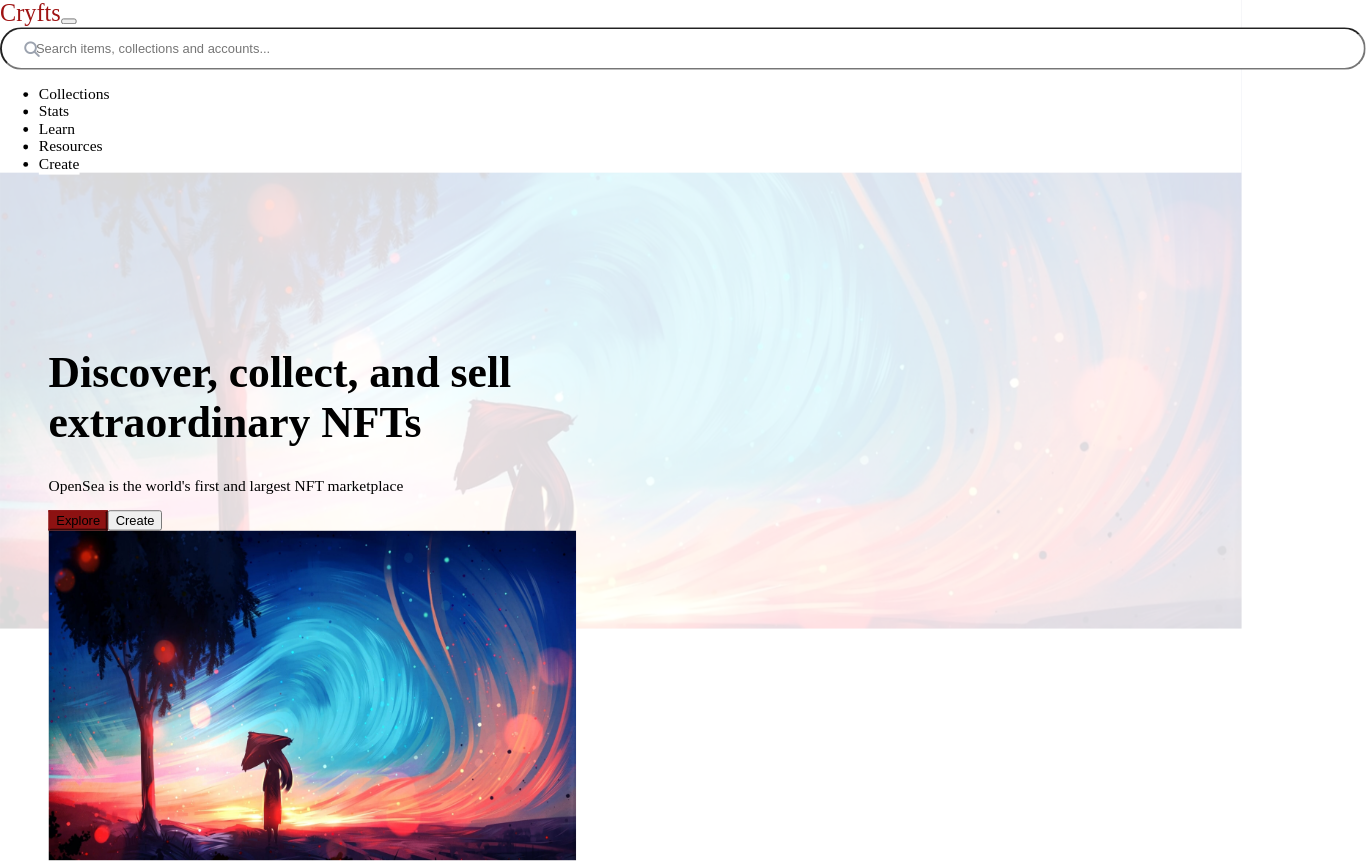
Repository: Huzaifa-2609/opensea_project
Page: /
These files come from the project's save history. The page is drawn as it stood at one moment and after the next save; the edit follows.
The browser window is 1280 px wide. The page is 1408 px wide, so the pictures cover 1408 px, including what lies to the right of the window. The pictures show the whole page, at 97% of full size.
Some web libraries are served in a nearby version. The project was rebuilt for these pictures with package versions that can differ from the ones it lists, and the page was loaded fresh each time. The framework's server and built-in components were replaced by stand-ins that run in the browser. Also part of the build but not shown: next.config.js, styles/Home.module.css.

Above is the page before, as saved 2022-07-09 19:25:05.

### pages/_app.js
import Navbar from '../components/Navbar'
import '../styles/globals.css'
import Head from "next/head"
import Script from 'next/script'
import "../styles/hero.css"
function MyApp({ Component, pageProps }) {
  return(
    <>
    <Script src="https://kit.fontawesome.com/30bda3e318.js" crossorigin="anonymous"></Script>
    <Script src="https://cdn.jsdelivr.net/npm/bootstrap@5.2.0-beta1/dist/js/bootstrap.bundle.min.js" integrity="sha384-pprn3073KE6tl6bjs2QrFaJGz5/SUsLqktiwsUTF55Jfv3qYSDhgCecCxMW52nD2" crossOrigin="anonymous"></Script>
    <Navbar title={"Cryfts"}/>
  <Component {...pageProps} />
  </>
  )
}

export default MyApp

### pages/_document.js
import { Html, Head, Main, NextScript } from 'next/document'

export default function Document() {
  return (
    <Html>
      <Head>
      <link href="https://cdn.jsdelivr.net/npm/bootstrap@5.2.0-beta1/dist/css/bootstrap.min.css" rel="stylesheet" integrity="sha384-0evHe/X+R7YkIZDRvuzKMRqM+OrBnVFBL6DOitfPri4tjfHxaWutUpFmBp4vmVor" crossOrigin="anonymous"/>
      </Head>
      <body>
        <Main />
        <NextScript />
      </body>
    </Html>
  )
}

### pages/index.js
import Head from 'next/head'
import Image from 'next/image'
import Hero from '../components/Hero'
import styles from '../styles/Home.module.css'

export default function Home() {
  return (
    <>
    <div>
      <Head>
        <title>Create Next App</title>
        <meta name="description" content="Generated by create next app" />
        <link rel="icon" href="/favicon.ico" />
      </Head>
         </div>
      <Hero/>
      </>
  )
}

### components/Navbar.js
import React from 'react'
import Link from 'next/link'
import { useRouter } from 'next/router'
const Navbar = (props) => {
  const location=useRouter();
  return (
    <div>
      <nav className="navbar shadow-sm fixed-top navbar-expand-lg navbar-light">
  <div className="container-fluid">
    <a className="navbar-brand text-color fw-bolder ml-2" href="/">{props.title}</a>
    <button className="navbar-toggler" type="button" data-bs-toggle="collapse" data-bs-target="#navbarSupportedContent" aria-controls="navbarSupportedContent" aria-expanded="false" aria-label="Toggle navigation">
      <span className="navbar-toggler-icon"></span>
    </button>

    <div className="collapse navbar-collapse" style={{width:"50%"}} id="navbarSupportedContent">

            <div className="row height d-flex justify-content-center align-items-center">

                <div className="form">
                  <i className="fa fa-search"></i>
                  <input type="text" className="form-control form-input" placeholder="Search items, collections and accounts..."/>
                </div>

            </div>


      <ul className="navbar-nav gap-4 m-auto mb-2 mb-lg-0 fw-bold" style={location.pathname==="/signup"?{visibility:"hidden"}:{}}>
      <li className="nav-item">
          <Link href="/collections/0x7132e1d414161A232c2027aE6C66D7914649bA66"><a className="nav-link " aria-current="page" >Collections</a></Link>
        </li>
        <li className="nav-item">
          <Link href="/"><a className="nav-link" aria-current="page" >Stats</a></Link>
        </li>
        <li className="nav-item">
          <Link href="/"><a className="nav-link " >Learn</a></Link>
        </li>

        <li className="nav-item dropdown">
          <Link href="/"><a className="nav-link dropdown-toggle pe-none"  id="navbarDropdown" role="button" data-bs-toggle="dropdown" aria-expanded="false">
            Resources
          </a></Link>
          <ul className="dropdown-menu" aria-labelledby="navbarDropdown">
            <li><Link href="/"><a className="dropdown-item" >Action</a></Link></li>
            <li><Link href="/"><a className="dropdown-item" >Another action</a></Link></li>
            <li><hr className="dropdown-divider"/></li>
            <li><Link href="/"><a className="dropdown-item" >Something else here</a></Link></li>
          </ul>
        </li>
        <li className="nav-item">
          <Link  href="/"><a className="nav-link">Create</a></Link>
        </li>
      </ul >
      {/* <form className="d-flex" role="search">
        <ul className="navbar-nav gap-3 media" style={location.pathname==="/signup"?{display:"none"}:{}}>
      <li className="nav-item float-right">
          <Link href="/login"><a className="nav-link"  >Sign in</a></Link>
    </li>
      <li className="nav-item mx-2">
    <Link href='/signup'><a className="btn btn1 btn-primary bd-color bg-color"  style={location.pathname==="/signup"?{display:"none"}:{}} type="submit">Get Started</a></Link>
    </li>
        </ul>
      </form> */}
    </div>
  </div>
</nav>
    </div>
  )
}

export default Navbar

### styles/globals.css
:root {
  --light: #9f1313;
  --dark: #8d1212;
}
html,
body {
  padding: 0;
  margin: 0;
  /* font-family: -apple-system, BlinkMacSystemFont, Segoe UI, Roboto, Oxygen,
    Ubuntu, Cantarell, Fira Sans, Droid Sans, Helvetica Neue, sans-serif; */
}

a {
  color: inherit;
  text-decoration: none;
}

* {
  box-sizing: border-box;
}
@media all and (min-width: 992px) {
  .navbar .nav-item .dropdown-menu{ display: none; }
  .navbar .nav-item .nav-link{ border-bottom:3px solid white;  }
  .navbar .nav-item:hover .nav-link{ border-bottom:3px solid var(--light);  }
  .navbar .nav-item:hover .dropdown-menu{ display: block; }
  .navbar .nav-item .dropdown-menu{ margin-top:0; }


}
@media all and (max-width: 992px){
  .pic{display: none;}
  .signup-cls{   margin-top: 15% !important;}
  .signin-cls .card{border:none; box-shadow: none !important;}
  .media{display: none;}
  .empass{flex-direction: column ;}
}

nav {
  /* border-bottom:1px solid #ede4e4; */
  background-color: white;
}
.comp1{
  width: 22rem;
  border: none;

}
.comp{
  margin: 90px 0px;
}
.text-color{
  color: var(--dark);
}
.bg-color{
  background-color: var(--dark);
}
.btn1:hover{
  background-color: var(--light);
  border-color: var(--dark);

}
.bd-color{
  border-color: var(--dark);
}
.navbar-light .navbar-brand{
  color: var(--dark);
}
.navbar-light .navbar-brand:hover{
  color: var(--light);
}
.navbar-brand{
  font-size: 25px;
}
.link-hover :hover{
  color: var(--dark);
}
.form-check-label-color{
  color: var(--dark);
}
.form-outline{
  width: 75%!important;
}
.form-control:focus {
  border-color: #ced4da;
  box-shadow: none!important;
}

/* Navbar search css */
.form{
  position: relative;

}

.form .fa-search{

  position: absolute;
  top:15px;
  left: 25px;
  color: #9ca3af;

}

.form span{

  position: absolute;
  right: 17px;
  top: 13px;
  padding: 2px;
  border-left: 1px solid #d1d5db;

}

.left-pan{
  padding-left: 7px;
}

.left-pan i{

 padding-left: 10px;
}

.form-input{
  width: 220%;
  height: 44px;
  text-indent: 33px;
  border-radius: 40px;
}

.form-input:focus{

  box-shadow: none;
  border:none;
}

### styles/hero.css
/* .body{
} */
/* .bg{
    background: url("../public/nftbg.jpg") no-repeat center center/cover;
} */
.bg::before{
    content: "";
    background:url("../public/nftbg.jpg") no-repeat center center/cover;
    position: absolute;
    height:90%;
    width:100%;
    z-index: -1;
    opacity: 0.15;
    top: 0px;
    left: 0px;
}

### components/Hero.js
import React from "react";
import Image from "next/image";
import img from "../public/nftbg.jpg";

const Hero = () => {
  const style = {
    marginTop: "100px",
    height: "70vh",
    padding: "50px",
  };
  return (
    <>
      <div
        className=" d-flex justify-content-between bg align-items-center "
        style={style}
      >
        <div
          className="card mb-3 border-0 bg-transparent"
          style={{ width: "34rem" }}
        >
          <div className="card-body">
            <h1 className="card-title " style={{ fontSize: "45px" }}>
              Discover, collect, and sell extraordinary NFTs
            </h1>
            <p className="card-subtitle text-muted mt-3 fs-3">
              OpenSea is the world's first and largest NFT marketplace
            </p>
          </div>
          <div className="d-flex gap-4 ">
          <button type="button" class="btn btn-primary bd-color bg-color btn1 btn-lg fs1 w-50 py-2">
            Explore
          </button>
          <button type="button" class="btn btn-light shadow-sm btn-lg fs1 w-50 py-2">
            Create
          </button>
          </div>
        </div>
        <div className="card mb-3 border-0 " style={{ width: "34rem" }}>
          <Image
            src={img}
            className="card-img-top"
            alt="..."
            style={{ height: "34rem" }}
          />
          {/* <div className="card-body">
            <h1 className="card-title">Discover, collect, and sell extraordinary NFTs</h1>
            <h3 className="card-subtitle text-muted mt-3">
            OpenSea is the world's first and largest NFT marketplace
            </h3>
          </div> */}
        </div>
      </div>
    </>
  );
};

export default Hero;

After the next save:
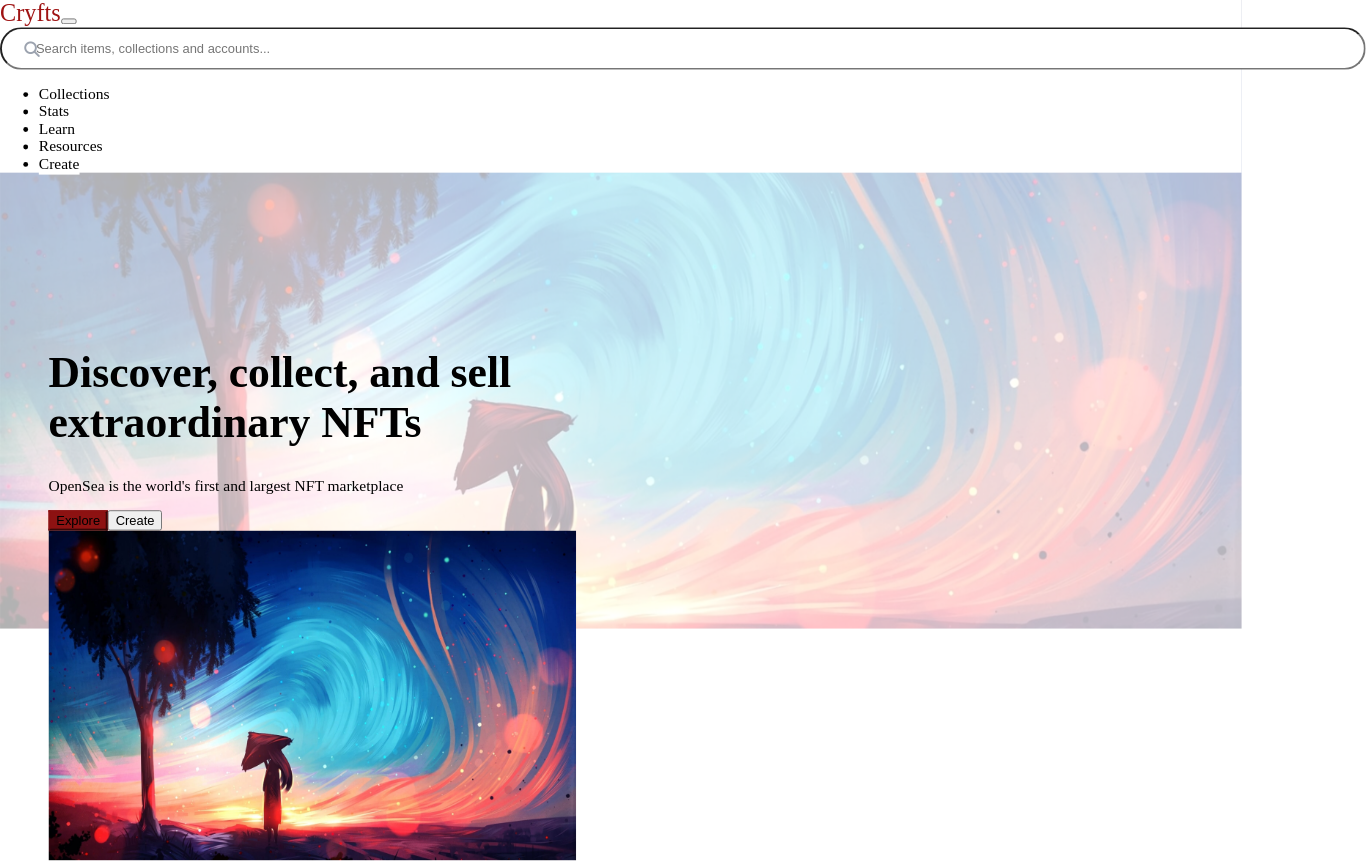
Saved 46 s later.
--- a/styles/hero.css
+++ b/styles/hero.css
@@ -10,7 +10,7 @@
     height:90%;
     width:100%;
     z-index: -1;
-    opacity: 0.15;
+    opacity: 0.3;
     top: 0px;
     left: 0px;
 }
